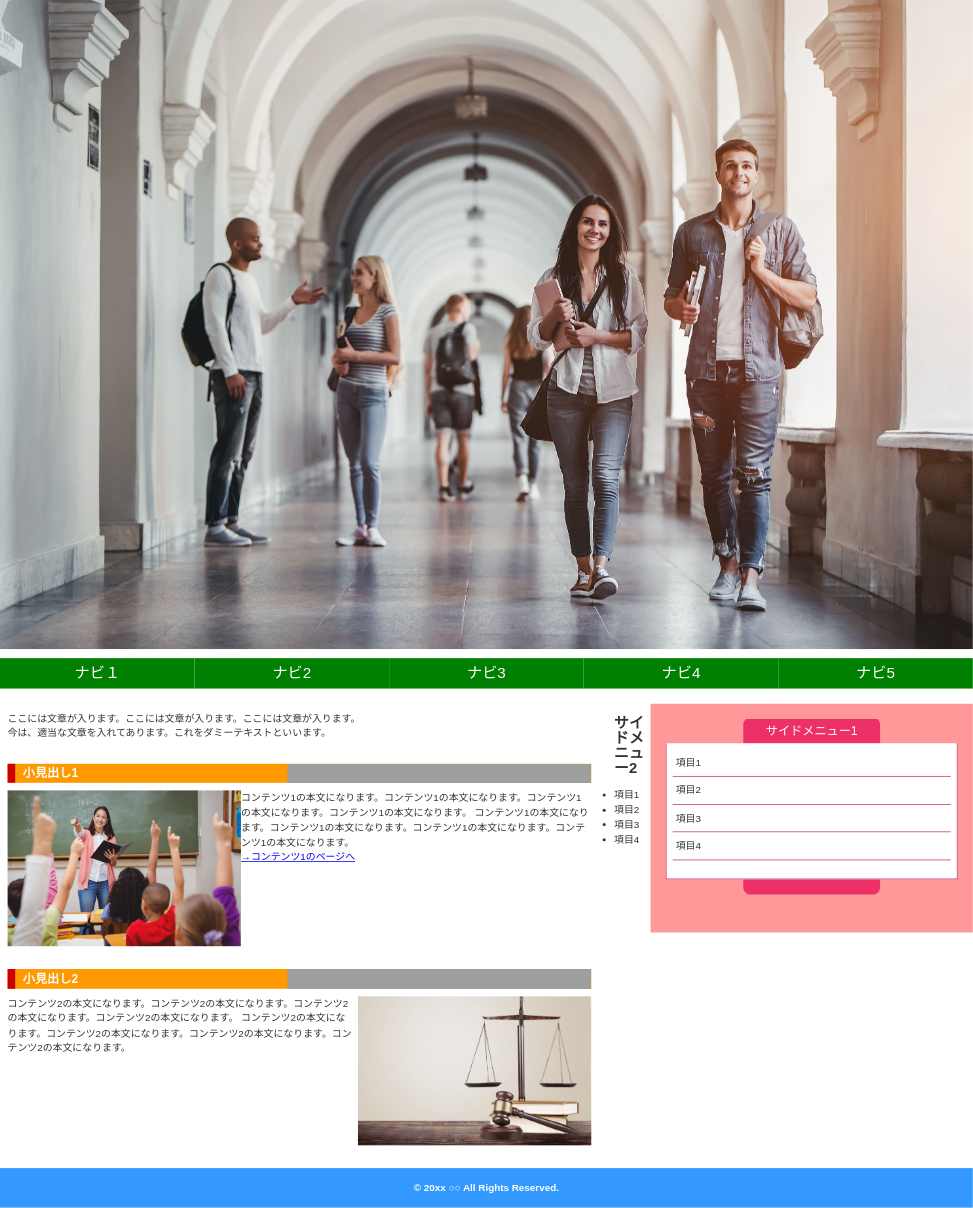
Repository: masaya28562/samurai_HTML-CSS
Page: home.html
The author's editor kept a record of every edit. The page is drawn from the files as they stood at one moment, then again after the next edit.
The browser window is 1280 px wide. The pictures show the whole page, at 76% of full size.
Pictures or frames that could not be fetched are drawn as grey boxes.

Above is the page before.

### home.html
<!DOCTYPE html>
<html lang="ja">
    <head>
        <meta charset="UTF-8">
        <title>HTML/CSSの学習</title>
        <link rel="stylesheet" href="stylesheet.css">
    </head>
    <body>
        <div id="header">
            <h1><a href="index.html"><img id="corridor" src="images/corridor.jpg" alt="大学の廊下" /></a></h1>
        </div>
        <div id="wrapper">
            <div id="nav">
                <ul>
                    <li><a href="home.html">ナビ１</a></li>
                    <li><a href="#">ナビ2</a></li>
                    <li><a href="#">ナビ3</a></li>
                    <li><a href="#">ナビ4</a></li>
                    <li><a href="#">ナビ5</a></li>
                </ul>
            </div>
            <div id="container">
                <div id="main">
                    <div class="post">
                        <p>ここには文章が入ります。ここには文章が入ります。ここには文章が入ります。<br />今は、適当な文章を入れてあります。これをダミーテキストといいます。</p>
                    </div>
                    <div class="post clearfix">
                        <h2>小見出し1</h2>
                        <img class="left" src="images/classroom.jpg" alt="授業風景" />
                        <p>
                            コンテンツ1の本文になります。コンテンツ1の本文になります。コンテンツ1の本文になります。コンテンツ1の本文になります。
                            コンテンツ1の本文になります。コンテンツ1の本文になります。コンテンツ1の本文になります。コンテンツ1の本文になります。
                        </p>
                        <p><a href="#">→コンテンツ1のページへ</a></p>
                    </div>
                    <div class="post clearfix">
                        <h2>小見出し2</h2>
                        <img class="right" src="images/scale.jpg" alt="天秤" /></img>
                        <p>
                            コンテンツ2の本文になります。コンテンツ2の本文になります。コンテンツ2の本文になります。コンテンツ2の本文になります。
                            コンテンツ2の本文になります。コンテンツ2の本文になります。コンテンツ2の本文になります。コンテンツ2の本文になります。
                        </p>
                    </div>
                </div>
            </div>
            <div id="side">
                <div class="box">
                    <h2>サイドメニュー1</h2>
                    <div class="boxBody">
                        <ul>
                            <li>項目1</li>
                            <li>項目2</li>
                            <li>項目3</li>
                            <li>項目4</li>
                        </ul>
                    </div>
                </div>
            </div>
            <div class="box">
                <h2>サイドメニュー2</h2>
                <div class="boxBody">
                    <ul>
                        <li>項目1</li>
                        <li>項目2</li>
                        <li>項目3</li>
                        <li>項目4</li>
                    </ul>
                </div>
            </div>
        </div>
    </div>
    <div id="footer">
        <p>&copy; 20xx ○○ All Rights Reserved.</p>
    </div>
</body>
</html>

### stylesheet.css
@charset "utf-8";

body {
	margin: 0;
	padding: 0;
	font-family: "ヒラギノ角ゴ Pro W3", "Hiragino Kaku Gothic Pro", "メイリオ", Meiryo, Osaka, "ＭＳ Ｐゴシック", "MS PGothic", sans-serif;
	color: #333;
	font-size: 13px;
	line-height: 150%;
}

/* -------------------- wrapper -------------------- */
#wrapper {
	width: 100%;
	margin: auto;
	padding: 0px;
	border: 0px;
	background-color: #FFF;
	top: 10px;
	position: relative;
}

/* -------------------- header -------------------- */
#header {
	width: 100%;
}
#header h1 {
	margin: 0;
	padding: 0;
}

#corridor {
	width: 100%;
	height: auto;
}

/* -------------------- footer -------------------- */
#footer {
	clear: both;
	width: 100%;
	padding: 3px 0 3px 0;
	background: #39F;
	color: #FFF;
	font-weight: bold;
	text-align: center;
}

/* -------------------- nav -------------------- */
#nav {
	width: 100%;
}
#nav ul {
	margin: 0;
	padding: 0;
	list-style-type: none;
}
#nav ul li {
	float: left;
	width: 20%;
	text-align: center;
}
#nav ul li a {
	display: block;
	height: 20px;
	margin: 0;
	padding: 10px;
	color: #FFF;
	font-size: 20px;
	text-decoration: none;
    background-color: green;

}

#nav ul li a:hover {
	filter: drop-shadow(10px 10px 10px black);
}
 /* -------------------- container -------------------- */
#container {
    width: 100%;
    margin: auto ;
    padding: auto;
    padding-top: 20px;
    clear: both;
}

#main {
    float: left;
    width: 60%;
    padding: 10px 30px 10px 10px;
}
#main h2 {
	margin: 0 0 10px 0;
	padding: 3px 10px 3px 10px;
	color: #FFF;
	font-size: 16px;
	border-left: solid 10px #C00;
	background: #F90 url(../images/main_h2.jpg) right top repeat-y;
}
#main p {
	margin: 0;
	padding: 0;
}
#main .post {
	margin: 0 0 30px 0;
}

#main .post img.right {
	margin: 0 0 0 8px;
}

.right {
	float: right;
	width: 40%;
	height: auto;
}
.left {
	float: left;
	width: 40%;
	height: auto;
}

.clearfix {
	zoom: 1;
}
.clearfix:after{
	content: "";
	display: block;
	clear: both;
}

#side {
	float: right;
	width: 30%;
	padding: 20px;
	background-color: #F99;
}
#side .box {
	margin: 0 auto 30px auto;
	padding: 0 0 20px 0;
	background: url(images/side_box.png) bottom no-repeat;
}
#side .box h2 {
	margin: 0;
	padding: 8px;
	text-align: center;
	color: #fff;
	font-size: 16px;
	line-height: 16px;
	font-weight: normal;
	background: url(images/side_box_h2.png) center no-repeat;
}
#side .box .boxBody {
	padding: 8px;
	border-right: solid 1px #C36;
	border-bottom: solid 1px #C36;
	border-left: solid 1px #C36;
	background: #fff;
}
#side .box .boxBody ul {
	margin: 0 0 16px 0;
	padding: 0;
}
#side .box .boxBody ul li {
	padding: 8px 0 8px 4px;
	list-style: none;
	border-bottom: solid 1px #C36;
}

#side .box .boxBody ul li:hover {
	padding: 8px 0 8px 4px;
	list-style: none;
	border-bottom: solid 1px #C36;
	box-shadow: 0px 4px 4px rgba(0,0,0,0.3);
}

After the next edit:
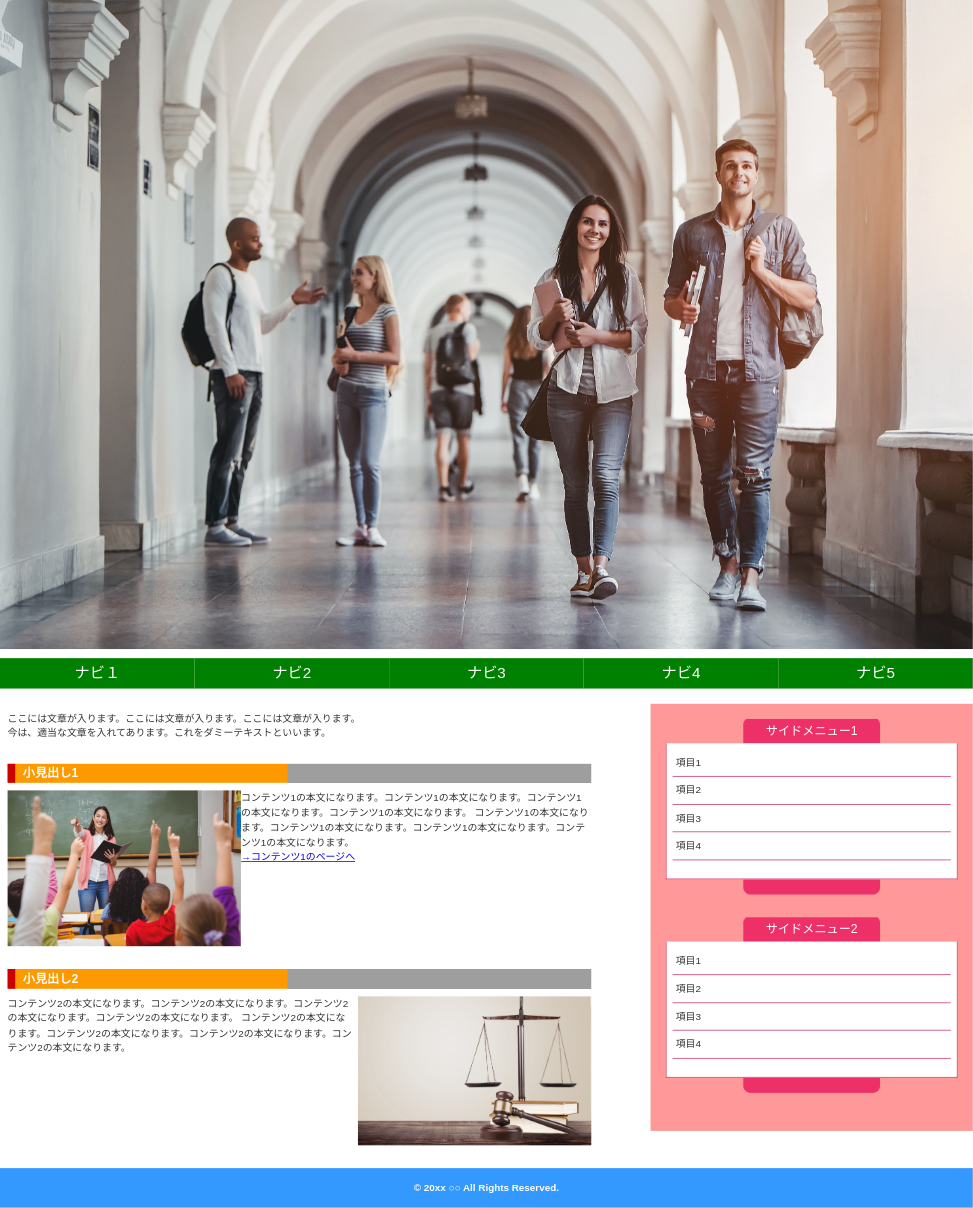
The edit:
--- a/home.html
+++ b/home.html
@@ -55,22 +55,21 @@
                         </ul>
                     </div>
                 </div>
-            </div>
-            <div class="box">
-                <h2>サイドメニュー2</h2>
-                <div class="boxBody">
-                    <ul>
-                        <li>項目1</li>
-                        <li>項目2</li>
-                        <li>項目3</li>
-                        <li>項目4</li>
-                    </ul>
+                <div class="box">
+                    <h2>サイドメニュー2</h2>
+                    <div class="boxBody">
+                        <ul>
+                            <li>項目1</li>
+                            <li>項目2</li>
+                            <li>項目3</li>
+                            <li>項目4</li>
+                        </ul>
+                    </div>
                 </div>
             </div>
         </div>
-    </div>
-    <div id="footer">
-        <p>&copy; 20xx ○○ All Rights Reserved.</p>
-    </div>
-</body>
+        <div id="footer">
+            <p>&copy; 20xx ○○ All Rights Reserved.</p>
+        </div>
+    </body>
 </html>
